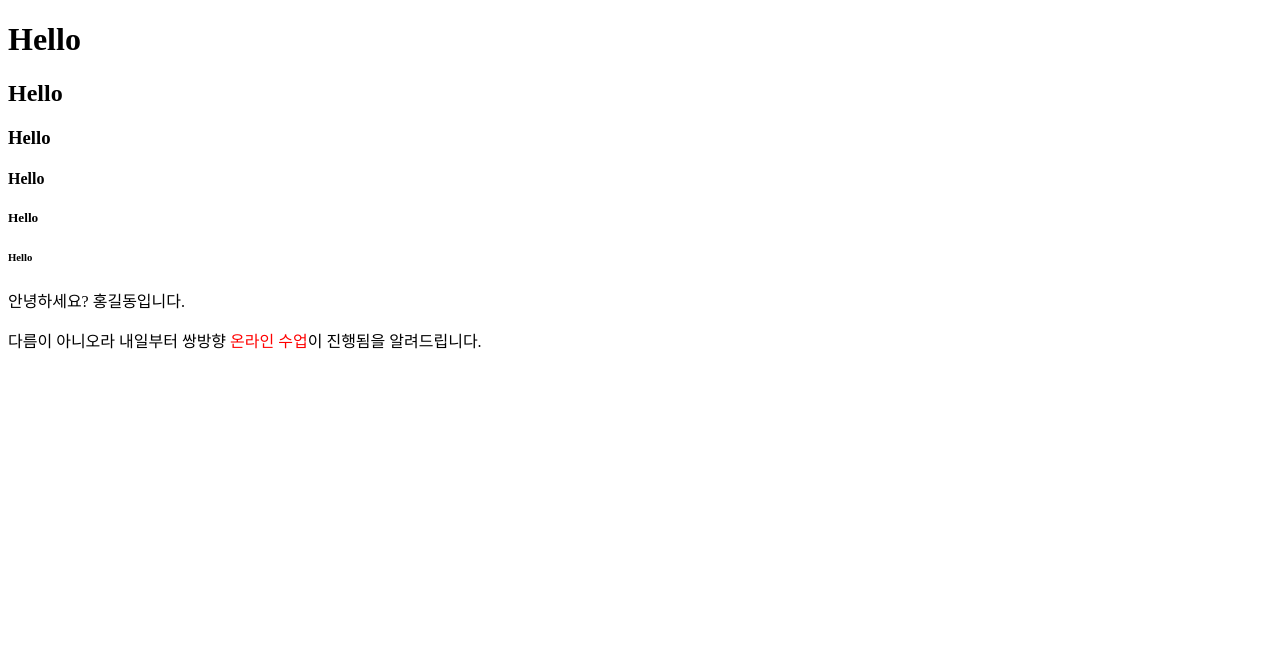
Repository: woneeseo/javastudy
Page: htmlStudy/workspace_html/HelloWorld/WebContent/f.html
These files come from the project's save history. The page is drawn as it stood at one moment and after the next save; the edit follows.
The browser window is 1280 px wide. The pictures show the whole page.

Above is the page before, as saved 2020-12-07 04:56:14.

After the next save:
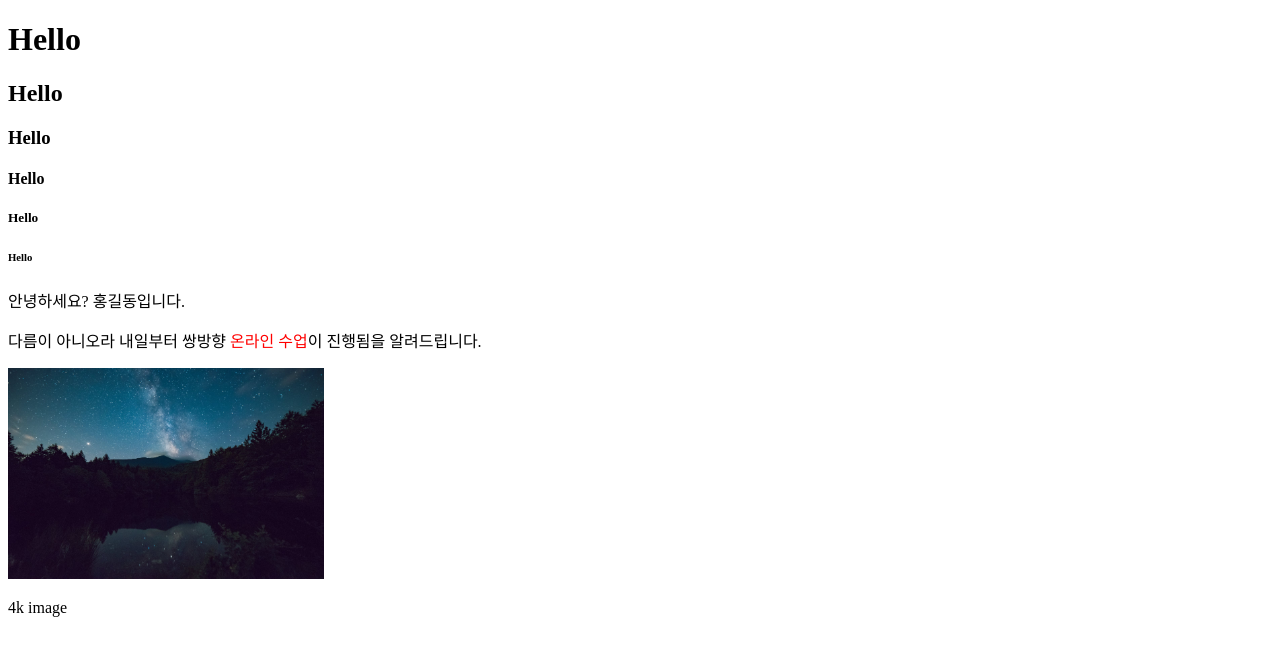
Saved 2 min 5 s later.
--- a/htmlStudy/workspace_html/HelloWorld/WebContent/f.html
+++ b/htmlStudy/workspace_html/HelloWorld/WebContent/f.html
@@ -30,9 +30,18 @@
 
 	다름이 아니오라
 	내일부터 쌍방향 <span style="color: red">온라인 수업</span>이 진행됨을 알려드립니다.
-	<!-- <p>태그는 일반적으로 한글 -->
-	<!-- <span></span> css에서 문장 내에서 특정한 글씨에 효과를 줄 때 -->
+	<!-- <p>태그는 일반적으로 텍스트를 넣어주고 내부에 태그가 들어가는 일이 거의 없으나 -->
+	<!-- <span></span> css에서 문장 내에서 특정한 글씨에 효과를 줄 때 사용함 -->
 </p>
+
+<div>
+
+	<img style="width: 25%; height: 25%;" alt="4k image" src="test.jpeg"><br>
+	<p>4k image</p>
+	<!-- div는 태그를 넣어서 쓰기 위해 사용함 -->
+
+</div>
+
 
 </body>
 </html>
